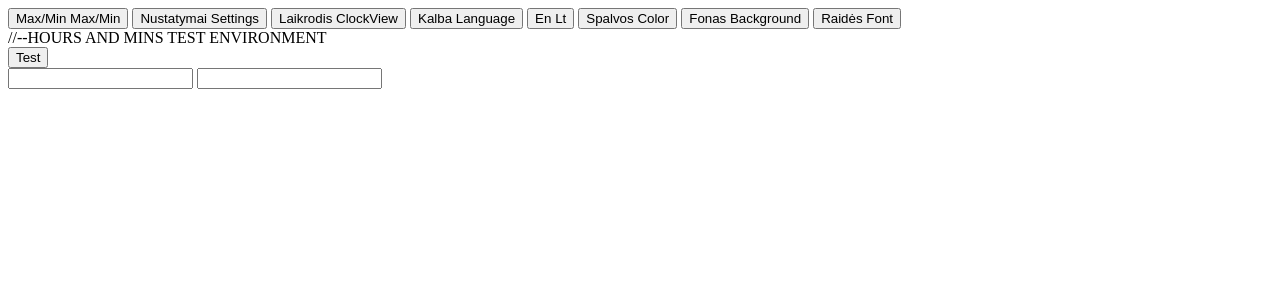
Repository: Skaidrius/WordClock
Page: directives/clock-buttons.html
The author's editor kept a record of every edit. The page is drawn from the files as they stood at one moment, then again after the next edit.
The browser window is 1280 px wide. The pictures show the whole page.

Above is the page before.

After the next edit:
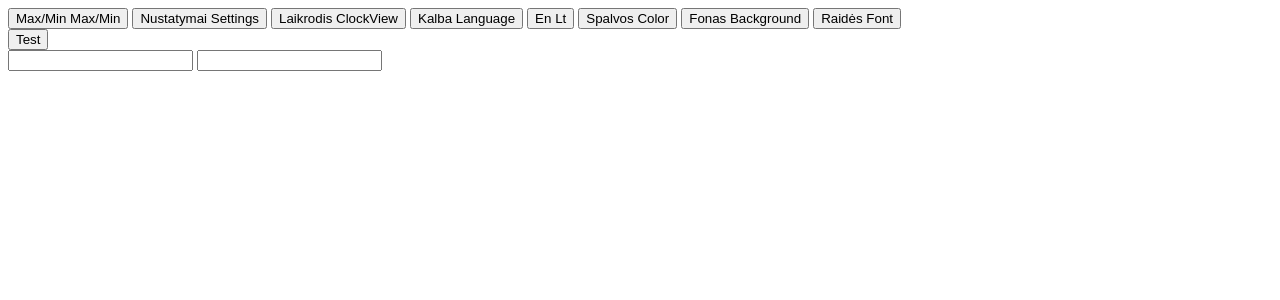
The edit:
--- a/directives/clock-buttons.html
+++ b/directives/clock-buttons.html
@@ -1,65 +1,65 @@
 <div>
-        <!--BUTTONS/SETTINGS -->
+    <!--BUTTONS/SETTINGS -->
 
-        <!--1. CLOCK Min/max-->
-        <button ng-show="change">
-            <span ng-show="lt" ng-click="timeLt.changeClass(); change=!change">Max/Min</span>
-            <span ng-show="en" ng-click="timeEn.changeClass(); change=!change">Max/Min</span>
-        </button>
+    <!--1. CLOCK Min/max-->
+    <button ng-show="change">
+        <span ng-show="lt" ng-click="timeLt.changeClass(); change=!change">Max/Min</span>
+        <span ng-show="en" ng-click="timeEn.changeClass(); change=!change">Max/Min</span>
+    </button>
 
-        <!--2. Settings-->
-        <button ng-show="change" ng-init="en=true" ng-click="sets=!sets; color=false; lang=false; picker=false">
-            <span ng-show="lt">Nustatymai</span>
-            <span ng-show="en">Settings</span>
-        </button>
+    <!--2. Settings-->
+    <button ng-show="change" ng-init="en=true" ng-click="sets=!sets; color=false; lang=false; picker=false">
+        <span ng-show="lt">Nustatymai</span>
+        <span ng-show="en">Settings</span>
+    </button>
 
-        <!--3. Back -->
-        <button ng-show="change" ng-init="en=true" ng-click="change=!change; sets=false">
-            <span ng-show="lt">Laikrodis</span>
-            <span ng-show="en">ClockView</span>
-        </button>
+    <!--3. Back -->
+    <button ng-show="change" ng-init="en=true" ng-click="change=!change; sets=false">
+        <span ng-show="lt">Laikrodis</span>
+        <span ng-show="en">ClockView</span>
+    </button>
 
-        <!--.1. Language -->
-        <button ng-show="change && sets" ng-click="lang=!lang; color=false">
-            <span ng-show="lt">Kalba</span>
-            <span ng-show="en">Language</span>
-        </button>
+    <!--.1. Language -->
+    <button ng-show="change && sets" ng-click="lang=!lang; color=false">
+        <span ng-show="lt">Kalba</span>
+        <span ng-show="en">Language</span>
+    </button>
 
-        <!--2.1.1. Language > pick language button-->
-        <button ng-show="change && sets && lang">
-            <span ng-show="lt" ng-click="en=true; lt=false; change=!change">En</span>
-            <span ng-show="en" ng-click="en=false; lt=true; change=!change">Lt</span>
-        </button>
+    <!--2.1.1. Language > pick language button-->
+    <button ng-show="change && sets && lang">
+        <span ng-show="lt" ng-click="en=true; lt=false; change=!change">En</span>
+        <span ng-show="en" ng-click="en=false; lt=true; change=!change">Lt</span>
+    </button>
 
-        <!--2.2. Colors -->
-        <button ng-show="change && sets" ng-click="color=!color; lang=false">
-            <span ng-show="lt">Spalvos</span>
-            <span ng-show="en">Color</span>
-        </button>
+    <!--2.2. Colors -->
+    <button ng-show="change && sets" ng-click="color=!color; lang=false">
+        <span ng-show="lt">Spalvos</span>
+        <span ng-show="en">Color</span>
+    </button>
 
-        <!--2.2.1. Colors > background-->
-        <button ng-show="change && sets && color" ng-click="picker=!picker">
-            <span ng-show="lt">Fonas</span>
-            <span ng-show="en">Background</span>
-        </button>
+    <!--2.2.1. Colors > background-->
+    <button ng-show="change && sets && color" ng-click="picker=!picker">
+        <span ng-show="lt">Fonas</span>
+        <span ng-show="en">Background</span>
+    </button>
 
-        <!--2.2.2. Colors > font-->
-        <button ng-show="change && sets && color" ng-click="picker=!picker">
-            <span ng-show="lt">Raidės</span>
-            <span ng-show="en">Font</span>
-        </button>
+    <!--2.2.2. Colors > font-->
+    <button ng-show="change && sets && color" ng-click="picker=!picker">
+        <span ng-show="lt">Raidės</span>
+        <span ng-show="en">Font</span>
+    </button>
 
-        <!--2.2.1.1 && 2.2.2.1. Colors > background(font)> color - picker-->
-        <div ng-show="picker" class='preview' style='color:{{color | toHex}};'></div>
-        <picker ng-show="picker" color='color'></picker>
+    <!--2.2.1.1 && 2.2.2.1. Colors > background(font)> color - picker-->
+    <div ng-show="picker" class='preview' style='color:{{color | toHex}};'></div>
+    <picker ng-show="picker" color='color'></picker>
 
-        //--HOURS AND MINS TEST ENVIRONMENT
-        <div ng-show="change" ng-init="currHours = '1'; currMins = '0'; currSecs = '0'">
-            <button ng-init="show=false;" ng-click="show=!show">Test</button>
-            <div ng-show="show">
-                <clock-lt-test></clock-lt-test>
-                    <input type="number" ng-model="currHours">
-                    <input type="number" ng-model="currMins">
-            </div>
+    <!--HOURS AND MINS TEST ENVIRONMENT -->
+    <div ng-show="change" ng-init="currHours = '1'; currMins = '0'; currSecs = '0'">
+        <button ng-init="show=false;" ng-click="show=!show">Test</button>
+        <div ng-show="show">
+            <clock-lt-test></clock-lt-test>
+                <input type="number" ng-model="currHours">
+                <input type="number" ng-model="currMins">
         </div>
     </div>
+</div>
